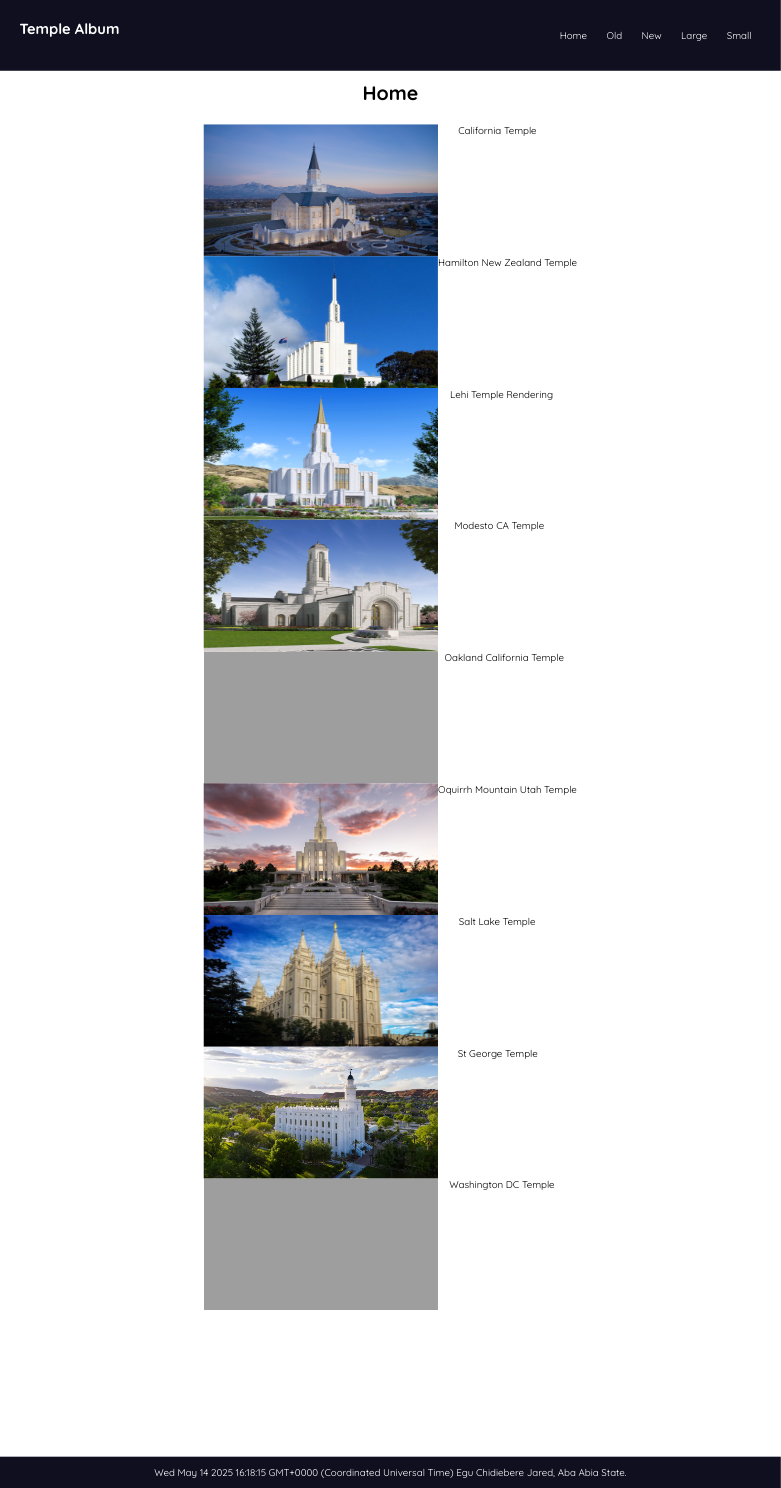
Repository: EguJaredoBoyd/wdd131
Page: temples.html
The author's editor kept a copy of each file at every save. The page is drawn from the files as they stood at one save, then again after the next save.
The browser window is 1280 px wide. The pictures show the whole page, at 61% of full size.
Pictures or frames that could not be fetched are drawn as grey boxes. Some web libraries are served in a nearby version.

Above is the page before, as saved 2025-05-14 22:10:50.

After the next save:
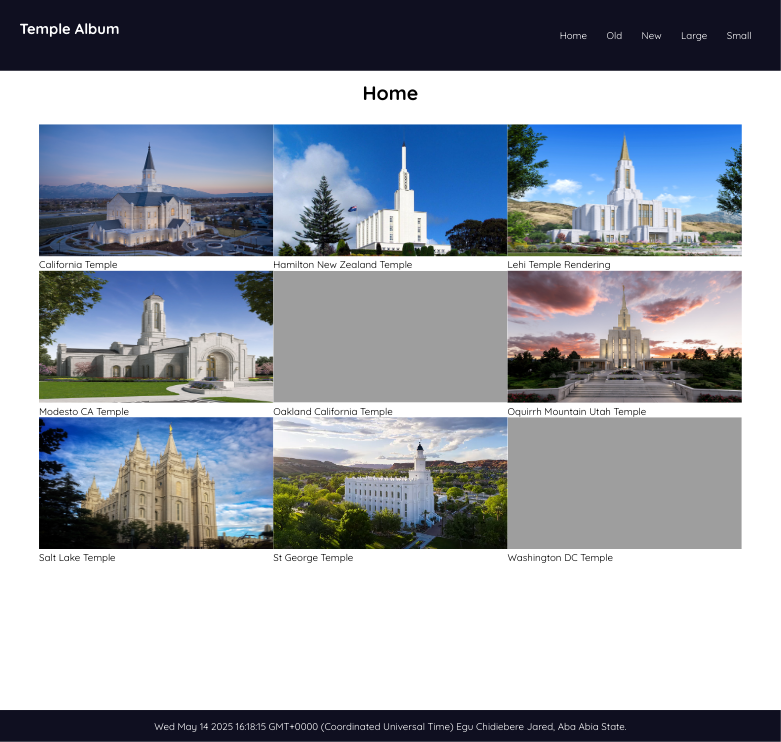
Saved 17 s later.
--- a/styles/temples-large.css
+++ b/styles/temples-large.css
@@ -23,7 +23,7 @@
     #cancel-button{
         display: none;
     }
-    main figure{
+    .temples{
         display: grid;
         grid-template-areas:
         "california hamilton lehi-temple"
